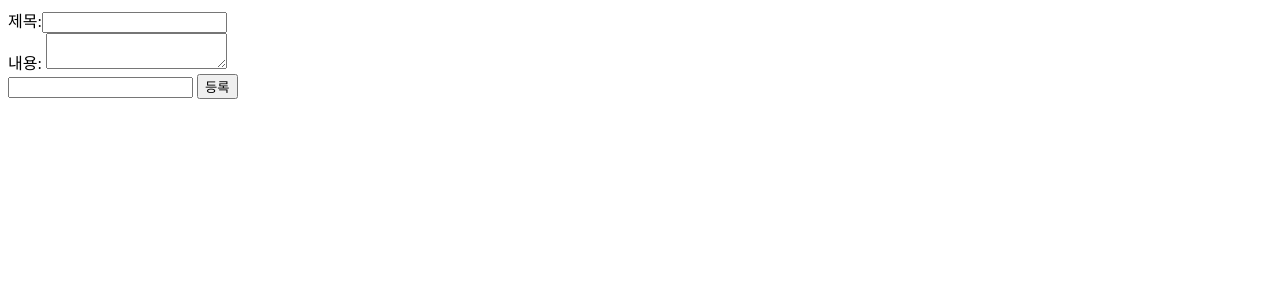
Repository: HimNahyeon/devClassBackup
Page: jsp/youtube_jsp/JSPPrj/WebContent/reg.html
The author's editor kept a copy of each file at every save. The page is drawn from the files as they stood at one save, then again after the next save.
The browser window is 1280 px wide. The pictures show the whole page.

Above is the page before, as saved 2021-10-27 15:12:18.

After the next save:
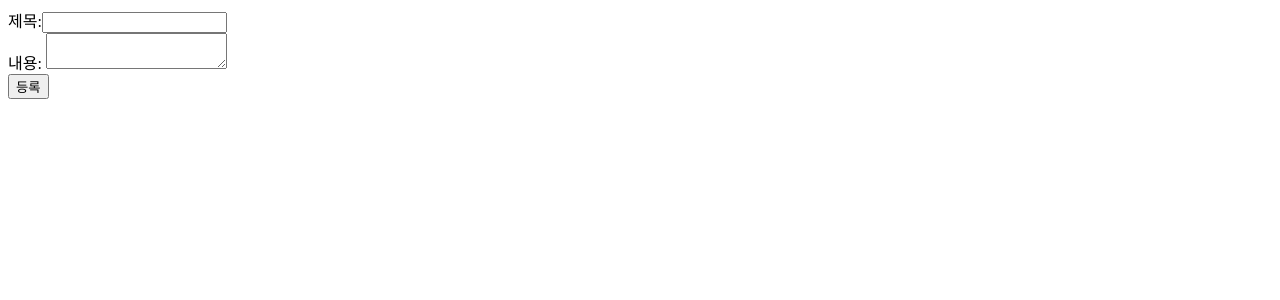
Saved 5 s later.
--- a/jsp/youtube_jsp/JSPPrj/WebContent/reg.html
+++ b/jsp/youtube_jsp/JSPPrj/WebContent/reg.html
@@ -15,7 +15,6 @@
 				<textarea name="content" ></textarea>
 			</div>
 			<div>
-				<input type="text" name="cnt"/>
 				<input type="submit" value="등록"/>
 			</div>
 		</form>
